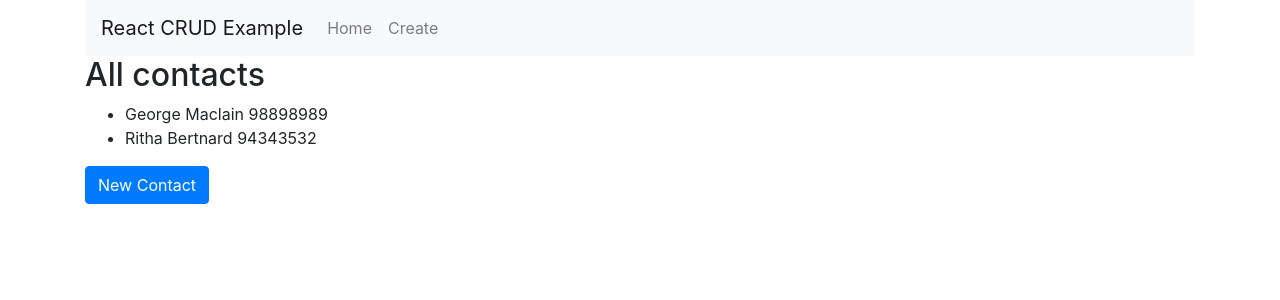
Repository: fishercom/react-phonebook
Page: /
An editor plug-in stored every save of this project. The page is shown before and after the next save, followed by the edit.
The browser window is 1280 px wide. The pictures show the whole page.
The project was rebuilt for these pictures with package versions that can differ from the ones it lists, and the page was loaded fresh each time. A package was used in the major version that the imports need, not the one package.json lists. Also part of the build but not shown: src/App.css, src/components/Form.js.

Above is the page before, as saved 2021-01-30 22:12:32.

After the next save:
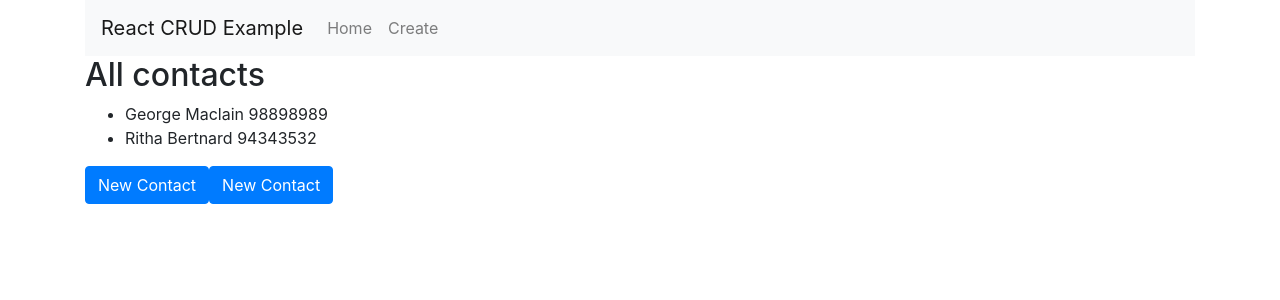
Saved 2 min 0 s later.
--- a/src/components/List.js
+++ b/src/components/List.js
@@ -12,6 +12,7 @@
                     {this.state.contacts.map((contact) => <li key={contact.id}>{contact.firstName} {contact.lastName} {contact.phoneNumber}</li>)}
                 </ul>
                 <a className="btn btn-primary" href="/create">New Contact</a>
+                <button className="btn btn-primary" onClick={() => this.props.switch('create')}>New Contact</button>
             </section>
         );
     }

After the 2 saves that followed:
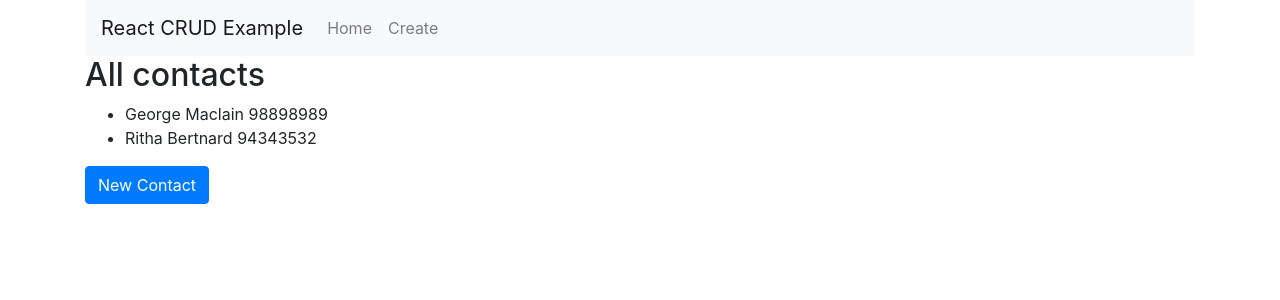
The 2 saves are shown as one change because 1 left the picture as it was.
The last was saved 22 s later.
--- a/src/components/List.js
+++ b/src/components/List.js
@@ -11,8 +11,7 @@
                 <ul className="contactList">
                     {this.state.contacts.map((contact) => <li key={contact.id}>{contact.firstName} {contact.lastName} {contact.phoneNumber}</li>)}
                 </ul>
-                <a className="btn btn-primary" href="/create">New Contact</a>
-                <button className="btn btn-primary" onClick={() => this.props.switch('create')}>New Contact</button>
+                <button className="btn btn-primary" onClick={() => this.props.switch('Form')}>New Contact</button>
             </section>
         );
     }
